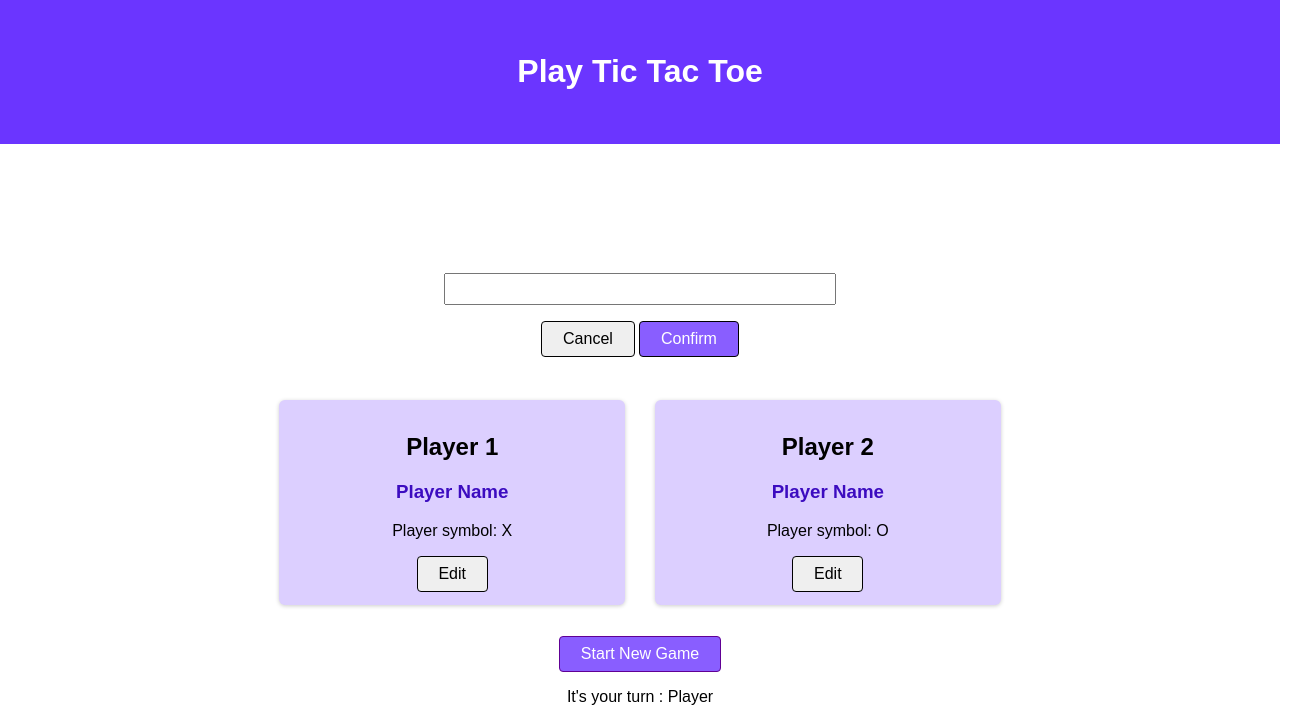
Repository: Harjot00/Wevdev
Page: Tic tac toe/index.html
An editor plug-in stored every save of this project. The page is shown before and after the next save, followed by the edit.
The browser window is 1280 px wide. The page is 1280 px wide, then 1306 px, so the pictures cover 1306 px, including what lies to the right of the window. The pictures show the whole page.
Some web fonts or font styles are not loaded; a fallback is used.

Above is the page before, as saved 2022-05-21 22:56:59.

### Tic tac toe/index.html
<!DOCTYPE html>
<html lang="en">
<head>
    <meta charset="UTF-8">
    <meta http-equiv="X-UA-Compatible" content="IE=edge">
    <meta name="viewport" content="width=device-width, initial-scale=1.0">
    <link rel="stylesheet" href="styles.css">
    <link href="https://fonts.googleapis.com/css2?family=Roboto:wght@100&family=Send+Flowers&display=swap" rel="stylesheet">
    <title>Tic Tac Toe</title>
    <script src="app.js"></script>

</head>
<body>
    <header>
        <h1>Play Tic Tac Toe</h1>

    </header>
    <main>
        <aside>
            <h2>Choose your name</h2>
            <form >
                <div>
                    <label for = "playername">Player name</label>
                    <input type="text" name="username" id="username"/>

                </div>
                <div >
                    <button id="cancel-btn" class="btn-class"  type="button"> Cancel</button>
                    <button class="btn-class" id="confirm-btn" type="submit">Confirm</button>
                </div>
            </form>
        </aside>

        <div id="gamestyle">
            <ol>
                <li>
                    <h2>Player 1</h2>
                    <h3>Player Name</h3>
                    <p>Player symbol: X</p>
                    <button class="btn-class">Edit</button>
                </li>
                <li>
                    <h2>Player 2</h2>
                    <h3>Player Name</h3>
                    <p>Player symbol: O</p>
                    <button class="btn-class">Edit</button>
                </li>
            </ol>
            <button id="start-btn">Start New Game</button>
        </div>
         <section id="active-game">
             <div id="game-over">
                <h2>You won Player</h2>
                <p>click "Start New Game" above, to start a new game. </p>
             </div>
             <p >It's your turn : Player</p>
             <ol class="game-board">
                 <li></li>
                 <li></li>
                 <li></li>
                 <li></li>
                 <li></li>
                 <li></li>
                 <li></li>
                 <li></li>
                 <li></li>
             </ol>
         </section>
    </main>

</body>
</html>

### Tic tac toe/styles.css
@import url('https://fonts.googleapis.com/css2?family=Roboto:wght@100&family=Send+Flowers&display=swap');
body{
    font-family: 'Montserrat', sans-serif;
    margin: 0;
    padding: 0;
}
header{
    background-color: #6b35ff;
    margin:0 0 2rem 0;
    padding: 2rem 0;
    color:white;
    text-align: center;
}
aside {
    text-align: center;
    margin:1rem auto;
    width:60vw;
    color:white;
    padding:0.8rem;
    background-color:white;
    overflow: wrapped;
    border-radius: 6px;
    display:fixed;
    top:20%;
    left:20%;

}
aside h2{
    margin:0.7rem 0;
}
aside input {
    display:block;
    margin:1rem auto;
    height:1.6rem;
    width:50%;
}
.btn-class{
    padding:0.5rem 1.3rem;
    font-size:1rem;
    border:1px solid black;
    border-radius: 4px;
}

#btn-div button:hover{
    background-color: #895eff;
    color:white;
    border-color: #441daf;
    cursor: pointer;
}
#cancel-btn:hover{
    cursor: pointer;
    background-color:#ac8eff;
    color: white;
}
#confirm-btn{
    background-color: #895eff;
    color:white;
}
#confirm-btn:hover{
    cursor: pointer;
    background-color:#6831ff;
    color: white;
}
#gamestyle ol{
    display:flex;
    list-style: none;
    padding:0px;
    justify-content: center;
}
#gamestyle li{
    padding:0.8rem;
    margin: 15px;
    width:25%;
    background-color: #dccfff;
    text-align:center;
    border-radius: 6px;
    box-shadow: rgba(0, 0, 0, 0.2) 0px 1px 4px;

}
#gamestyle li h3{
    color:#3c0cc0;
}
#start-btn{
    padding:0.5rem 1.3rem;
    font-size:1rem;
    border:1px solid rgb(96, 0, 148);
    border-radius: 4px;
    background-color:#895eff;
    color:white;
    margin:0 auto;
    display:block;


}
#start-btn:hover{
    cursor: pointer;
    background-color:#6430f4;
}
#game-over{
    width:45%;
    margin:25px auto;
    background-color:#160052;
    padding:20px 0px;
    color:white;
    display:none;
}
.game-board{
    list-style: none;
    display:grid;
    grid-template-columns: repeat(3,100px);
    grid-template-rows: repeat(3,100px);
    justify-content: center;
    padding:0;
    gap:6px;
    margin:25px 0;
    display: none;
}
.game-board li {
    background-color:#ad8fff;
}
.game-board li:hover{
    background-color:#6c36ff;
}
section{
    text-align: center;
}
@media only screen and (max-width: 600px){
    #gamestyle li{
         width:30%;}
}

Loaded but not shown: Tic tac toe/app.js (no copy from this time; the picture is the same without it)

After the next save:
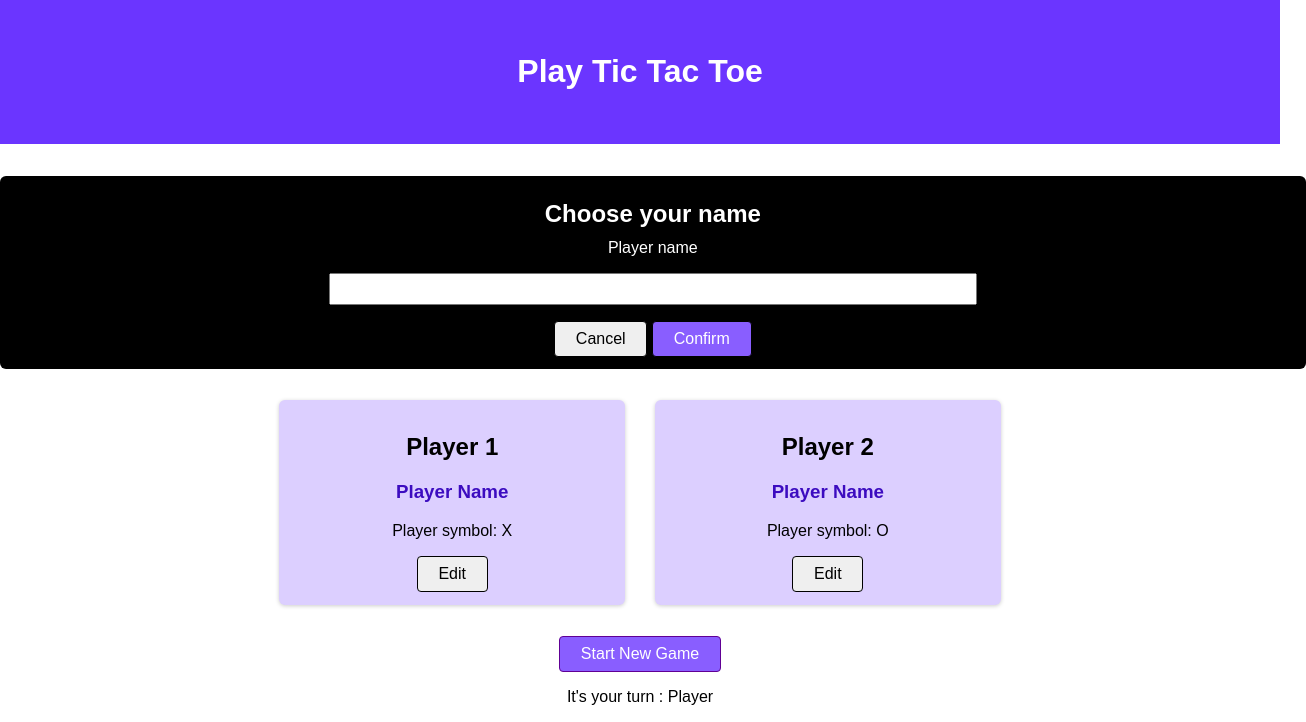
Saved 79 s later.
--- a/Tic tac toe/styles.css
+++ b/Tic tac toe/styles.css
@@ -14,10 +14,10 @@ header{
 aside {
     text-align: center;
     margin:1rem auto;
-    width:60vw;
+    width:100vw;
     color:white;
     padding:0.8rem;
-    background-color:white;
+    background-color:black;
     overflow: wrapped;
     border-radius: 6px;
     display:fixed;
